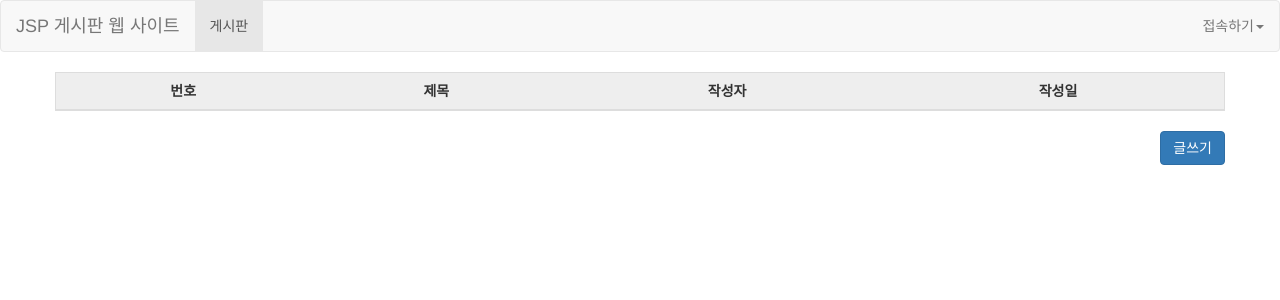
Repository: yujin149/noticeJSP
Page: http://localhost/BBS/bbs.jsp
An editor plug-in stored every save of this project. The page is shown before and after the next save, followed by the edit.
The browser window is 1280 px wide. The pictures show the whole page.
Some web libraries are served in a nearby version. The page is served by Tomcat 9. Queries for data that is not in the repository find no rows.

Above is the page before, as saved 2024-11-29 02:14:02.

After the next save:
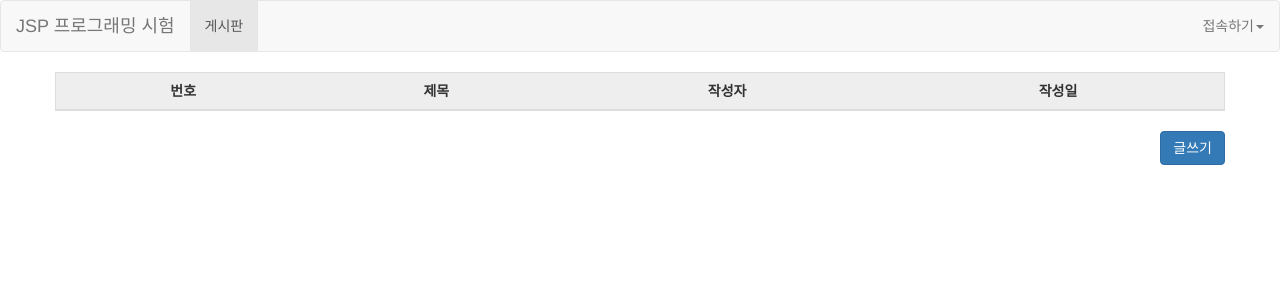
Saved 8 s later.
--- a/BBS/src/main/webapp/bbs.jsp
+++ b/BBS/src/main/webapp/bbs.jsp
@@ -40,7 +40,7 @@
 				<span class="icon-bar"></span> <span class="icon-bar"></span> <span
 					class="icon-bar"></span>
 			</button>
-			<a class="navbar-brand" href="bbs.jsp">JSP 게시판 웹 사이트</a>
+			<a class="navbar-brand" href="bbs.jsp">JSP 프로그래밍 시험</a>
 		</div>
 		<div class="collapse navbar-collapse"
 			id="bs-example-navbar-collapse-1">
